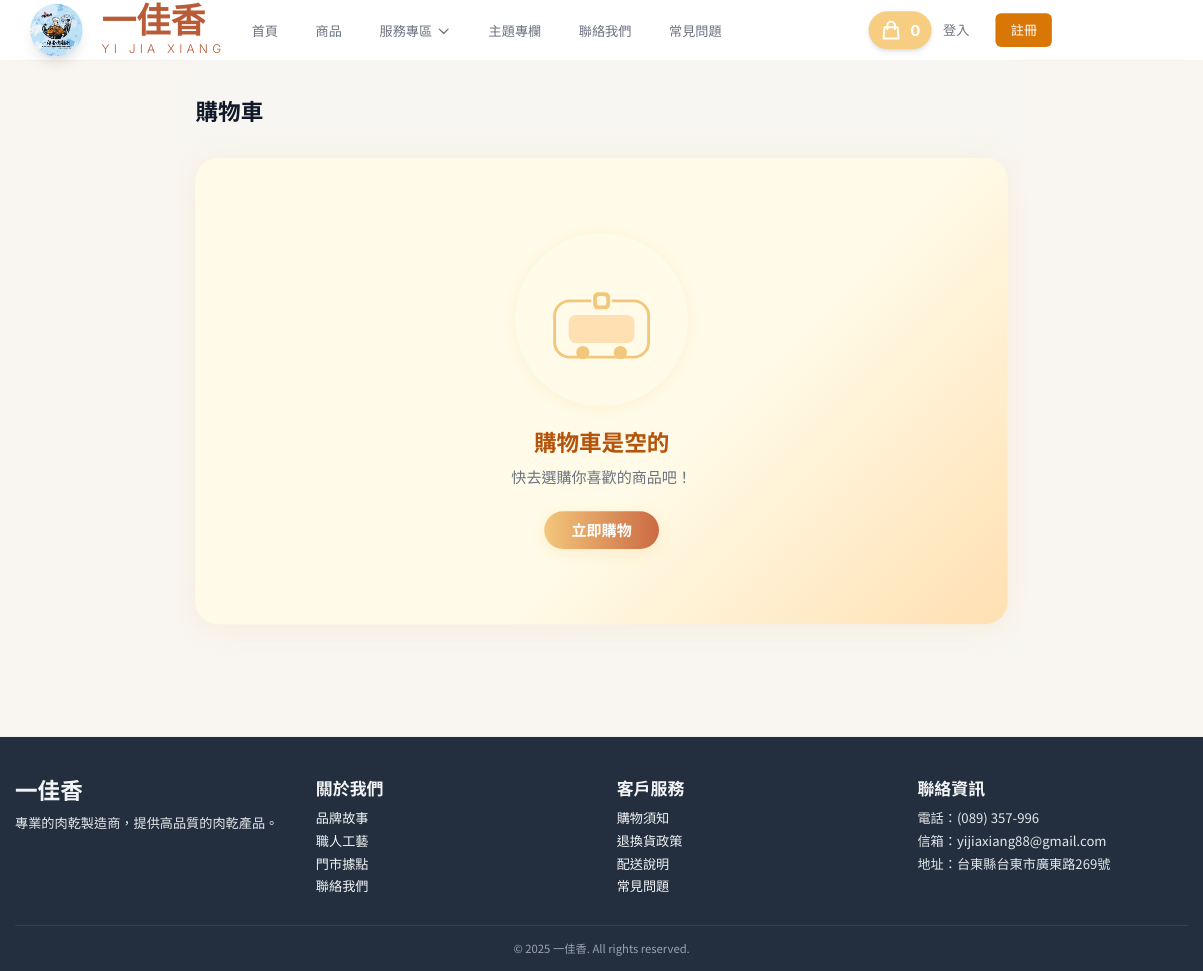
Repository: jack74387/YI-JIA-XIANG
Page: /cart (app in frontend/)
These files come from the project's save history. The page is drawn as it stood at one moment and after the next save; the edit follows.
The browser window is 1280 px wide. The pictures show the whole page, at 94% of full size.
The page's requests for data from a server got no answer. The project was rebuilt for these pictures with package versions that can differ from the ones it lists, and the page was loaded fresh each time. No one was signed in, and anything a server would have sent is missing. Also part of the build but not shown: frontend/vite.config.ts, frontend/src/components/ArticleBlock.vue, frontend/src/views/HomeView.vue, frontend/src/components/ProductImageGallery.vue, frontend/src/components/ProductInfo.vue, frontend/src/components/ProductTabs.vue, frontend/src/components/ProductAddToCartModal.vue, frontend/src/views/ProductDetailView.vue and 1 more.

Above is the page before, as saved 2025-08-14 08:14:31.

### frontend/index.html
<!DOCTYPE html>
<html lang="zh-TW">
  <head>
    <meta charset="UTF-8">
    <link rel="icon" href="/favicon.ico">
    <meta name="viewport" content="width=device-width, initial-scale=1.0">
    <title>一佳香肉脯行</title>
    <meta name="description" content="一佳香肉脯行是台東知名的肉品加工廠，提供高品質的肉品加工產品，傳承半甲子工藝技術。">
    <meta name="keywords" content="肉品,加工,一佳香,台灣肉品,肉品加工">

    <!-- Open Graph / Facebook -->
    <meta property="og:type" content="website">
    <meta property="og:url" content="https://yijiaxiang.com/">
    <meta property="og:title" content="一佳香肉脯行 - 專業肉品加工廠">
    <meta property="og:description" content="傳承半甲子工藝，提供高品質肉品加工產品">
    <meta property="og:image" content="/images/logo.jpg">

    <!-- Twitter -->
    <meta property="twitter:card" content="summary_large_image">
    <meta property="twitter:url" content="https://yijiaxiang.com/">
    <meta property="twitter:title" content="一佳香肉脯行 - 專業肉品加工廠">
    <meta property="twitter:description" content="傳承半甲子工藝，提供高品質肉品加工產品">
    <meta property="twitter:image" content="/images/logo.jpg">

    <!-- 預載入字體 -->
    <link rel="preconnect" href="https://fonts.googleapis.com">
    <link rel="preconnect" href="https://fonts.gstatic.com" crossorigin>
    <link href="https://fonts.googleapis.com/css2?family=Inter:wght@300;400;500;600;700&family=Noto+Sans+TC:wght@300;400;500;700&display=swap" rel="stylesheet">
  </head>
  <body>
    <div id="app"></div>
    <script type="module" src="/src/main.ts"></script>
  </body>
</html>

### frontend/src/main.ts
import { createApp } from 'vue'
import { createPinia } from 'pinia'
import App from './App.vue'
import router from './router'
import { useAuthStore } from './stores/auth'
import axios from 'axios'
import './style.css'

// 設定 axios 預設配置
axios.defaults.baseURL = import.meta.env.VITE_API_BASE_URL || `${window.location.protocol}//${window.location.hostname}:8000`
axios.defaults.headers.common['Content-Type'] = 'application/json'
axios.defaults.headers.common['Accept'] = 'application/json'
axios.defaults.withCredentials = false // 不使用 cookies

// 添加請求攔截器
axios.interceptors.request.use(
  (config) => {
    // 從 localStorage 獲取 token
    const token = localStorage.getItem('auth_token')
    if (token) {
      config.headers.Authorization = `Bearer ${token}`
    }
    return config
  },
  (error) => {
    return Promise.reject(error)
  }
)

// 添加回應攔截器
axios.interceptors.response.use(
  (response) => {
    return response
  },
  (error) => {
    if (error.response?.status === 401) {
      // Token 無效，清除本地儲存並跳轉到登入頁面
      localStorage.removeItem('auth_token')
      localStorage.removeItem('auth_user')
      window.location.href = '/login'
    }
    return Promise.reject(error)
  }
)

const app = createApp(App)
const pinia = createPinia()

app.use(pinia)
app.use(router)

// 初始化認證狀態
const authStore = useAuthStore()
authStore.initAuth()

app.mount('#app')

### frontend/src/App.vue
<template>
  <div>
    <Navigation v-if="!isAdmin" />
    <Sidebar v-if="!isAdmin" class="lg:hidden" />
    <div class="main-content min-h-screen bg-[#f9f6f1] transition-all duration-300 pb-20">
      <router-view />
    </div>
    <Footer v-if="!isAdmin" />
  </div>
</template>

<script setup lang="ts">
import { onMounted, computed, watch } from 'vue'
import { useRoute } from 'vue-router'
import Navigation from '@/components/Navigation.vue'
import Sidebar from '@/components/Sidebar.vue'
import Footer from '@/components/Footer.vue'
import { useAuthStore } from '@/stores/auth'

const authStore = useAuthStore()
const route = useRoute()
const isAdmin = computed(() => route.path.startsWith('/admin'))

onMounted(() => {
  // 初始化認證狀態
  authStore.initAuth()
})

watch(
  () => route.fullPath,
  () => {
    window.scrollTo(0, 0)
    document.body.scrollTop = 0
    document.documentElement.scrollTop = 0
    const app = document.getElementById('app')
    if (app) app.scrollTop = 0
    const mainLayout = document.querySelector('.main-layout')
    if (mainLayout) (mainLayout as HTMLElement).scrollTop = 0
  }
)
</script>

<style scoped>
/* 保留原有的樣式，但移除導航相關樣式 */
</style>

### frontend/src/style.css
@import url('https://fonts.googleapis.com/css2?family=Inter:wght@300;400;500;600;700&family=Noto+Sans+TC:wght@300;400;500;700&display=swap');

@tailwind base;
@tailwind components;
@tailwind utilities;

@layer base {
  html {
    font-family: 'Inter', 'Noto Sans TC', sans-serif;
  }

  body {
    @apply bg-gray-50 text-gray-900;
  }
}

@layer components {
  .btn-primary {
    @apply bg-primary-600 hover:bg-primary-700 text-white font-medium py-2 px-4 rounded-lg transition-colors duration-200;
  }

  .btn-secondary {
    @apply bg-gray-200 hover:bg-gray-300 text-gray-800 font-medium py-2 px-4 rounded-lg transition-colors duration-200;
  }

  .card {
    @apply bg-white rounded-lg shadow-md p-6;
  }

  .input-field {
    @apply w-full px-3 py-2 border border-gray-300 rounded-lg focus:outline-none focus:ring-2 focus:ring-primary-500 focus:border-transparent;
  }
}

img {
  max-width: 100%;
  height: auto;
  display: block;
}

@media (max-width: 600px) {
  .btn-primary, .btn-secondary, .card, .input-field {
    font-size: 1rem;
    padding-left: 1em;
    padding-right: 1em;
  }
  .card {
    padding: 1em;
  }
}

### frontend/src/components/Navigation.vue
<template>
  <nav class="bg-white shadow-lg">
    <div class="max-w-7xl mx-auto px-4 sm:px-6 lg:px-8">
      <div class="flex justify-between h-16">
        <div class="flex items-center">
          <router-link to="/" class="flex items-center space-x-5">
            <img src="/images/logo.jpg" alt="品牌LOGO" class="h-14 w-14 rounded-full object-cover shadow-lg" />
            <div class="flex flex-col items-start justify-center leading-tight">
              <span
                class="text-[2.3rem] font-black"
                style="font-family: 'Noto Serif TC', 'Microsoft JhengHei', '微軟正黑體', serif; color: #b85c38; line-height: 1;"
              >一佳香</span>
              <span
                class="text-[0.8rem] font-light uppercase tracking-[0.35em] mt-1"
                style="color: #b85c38; letter-spacing: 0.35em; line-height: 1;"
              >YI JIA XIANG</span>
            </div>
          </router-link>
          <div class="hidden sm:ml-6 sm:flex sm:space-x-8">
            <router-link
              to="/"
              class="border-transparent text-gray-500 hover:border-gray-300 hover:text-gray-700 inline-flex items-center px-1 pt-1 border-b-2 text-sm font-medium"
              active-class="border-amber-500 text-gray-900"
            >
              首頁
            </router-link>
            <router-link
              to="/products"
              class="border-transparent text-gray-500 hover:border-gray-300 hover:text-gray-700 inline-flex items-center px-1 pt-1 border-b-2 text-sm font-medium"
              active-class="border-amber-500 text-gray-900"
            >
              商品
            </router-link>
            <!-- 服務專區下拉選單 -->
            <div class="relative" @mouseenter="isServiceMenuOpen = true" @mouseleave="isServiceMenuOpen = false">
              <button
                class="border-transparent text-gray-500 hover:border-gray-300 hover:text-gray-700 inline-flex items-center px-1 pt-1 border-b-2 text-sm font-medium focus:outline-none"
                type="button"
              >
                服務專區
                <svg class="ml-1 w-4 h-4" fill="none" stroke="currentColor" viewBox="0 0 24 24">
                  <path stroke-linecap="round" stroke-linejoin="round" stroke-width="2" d="M19 9l-7 7-7-7" />
                </svg>
              </button>
              <div
                v-show="isServiceMenuOpen"
                class="absolute left-0 top-full mt-0 rounded-xl shadow-lg bg-white ring-1 ring-black ring-opacity-5 z-50 block px-4 py-3 min-w-[220px]"
              >
                  <router-link to="/line-friend" class="service-link block w-full text-left">LINE好友專區</router-link>
                  <router-link to="/group-order" class="service-link block w-full text-left">團購/企業訂購</router-link>
                  <router-link to="/gift" class="service-link block w-full text-left">禮盒加值服務</router-link>
                  <router-link to="/food-trace" class="service-link block w-full text-left">食品履歷查詢</router-link>
                  <router-link to="/store-locator" class="service-link block w-full text-left">門市據點</router-link>
                  <div class="h-px bg-gray-200 my-2"></div>
              </div>
            </div>
            <!-- 主題專欄 -->
            <router-link
              to="/articles"
              class="border-transparent text-gray-500 hover:border-gray-300 hover:text-gray-700 inline-flex items-center px-1 pt-1 border-b-2 text-sm font-medium"
              active-class="border-amber-500 text-gray-900"
            >
              主題專欄
            </router-link>
            <!-- 其他主選單 -->
            <router-link
              to="/contact"
              class="border-transparent text-gray-500 hover:border-gray-300 hover:text-gray-700 inline-flex items-center px-1 pt-1 border-b-2 text-sm font-medium"
              active-class="border-amber-500 text-gray-900"
            >
              聯絡我們
            </router-link>
            <router-link
              to="/faq"
              class="border-transparent text-gray-500 hover:border-gray-300 hover:text-gray-700 inline-flex items-center px-1 pt-1 border-b-2 text-sm font-medium"
              active-class="border-amber-500 text-gray-900"
            >
              常見問題
            </router-link>
          </div>
        </div>

        <div class="hidden sm:ml-6 sm:flex sm:items-center">
          <!-- 購物車 -->
          <router-link
            to="/cart"
            class="flex items-center px-3 py-1 bg-[#f7cd81] rounded-full shadow-md hover:bg-[#f5c46a] transition-colors duration-200 group"
            style="min-width:64px; min-height:40px;"
          >
            <svg class="h-6 w-6 text-white mr-2" fill="none" viewBox="0 0 24 24" stroke="currentColor">
              <path stroke-linecap="round" stroke-linejoin="round" stroke-width="2" d="M16 11V7a4 4 0 00-8 0v4M5 9h14l1 12H4L5 9z" />
            </svg>
            <span class="text-white text-base font-bold select-none">{{ cartStore.itemCount }}</span>
          </router-link>

          <!-- 用戶選單 -->
          <div v-if="authStore.isAuthenticated" class="ml-3 relative user-menu">
            <div>
              <button
                @click="toggleUserMenu"
                class="max-w-xs bg-white flex items-center text-sm rounded-full focus:outline-none focus:ring-2 focus:ring-offset-2 focus:ring-amber-500"
              >
                <div class="h-8 w-8 rounded-full bg-amber-600 flex items-center justify-center text-white font-medium">
                  {{ authStore.userInitials }}
                </div>
                <span class="ml-2 text-gray-700">{{ authStore.user?.name }}</span>
                <svg class="ml-1 h-4 w-4 text-gray-400" fill="none" viewBox="0 0 24 24" stroke="currentColor">
                  <path stroke-linecap="round" stroke-linejoin="round" stroke-width="2" d="M19 9l-7 7-7-7" />
                </svg>
              </button>
            </div>

            <!-- 下拉選單 -->
            <div
              v-show="isUserMenuOpen"
              class="origin-top-right absolute right-0 mt-2 w-48 rounded-md shadow-lg py-1 bg-white ring-1 ring-black ring-opacity-5 focus:outline-none z-50"
              @click.stop
            >
              <router-link
                to="/profile"
                class="block px-4 py-2 text-sm text-gray-700 hover:bg-gray-100"
                @click="closeUserMenu"
              >
                個人資料
              </router-link>
              <router-link
                to="/orders"
                class="block px-4 py-2 text-sm text-gray-700 hover:bg-gray-100"
                @click="closeUserMenu"
              >
                我的訂單
              </router-link>
              <router-link
                to="/points"
                class="block px-4 py-2 text-sm text-gray-700 hover:bg-gray-100"
                @click="closeUserMenu"
              >
                我的點數
              </router-link>
              <router-link
                to="/coupon"
                class="block px-4 py-2 text-sm text-gray-700 hover:bg-gray-100"
                @click="closeUserMenu"
              >
                我的優惠券
              </router-link>
              <router-link
                to="/member-center"
                class="block px-4 py-2 text-sm text-gray-700 hover:bg-gray-100"
                @click="closeUserMenu"
              >
                會員中心
              </router-link>
              <div class="border-t border-gray-100"></div>
              <button
                @click="handleLogout"
                class="flex items-center w-full text-left px-4 py-2 text-sm text-red-600 hover:bg-red-50 hover:text-red-700 transition-colors duration-200"
              >
                <svg class="w-4 h-4 mr-2" fill="none" stroke="currentColor" viewBox="0 0 24 24">
                  <path stroke-linecap="round" stroke-linejoin="round" stroke-width="2" d="M17 16l4-4m0 0l-4-4m4 4H7m6 4v1a3 3 0 01-3 3H6a3 3 0 01-3-3V7a3 3 0 013-3h4a3 3 0 013 3v1" />
                </svg>
                登出
              </button>
            </div>
          </div>

          <!-- 登入/註冊按鈕 -->
          <div v-else class="flex space-x-4">
            <router-link
              to="/login"
              class="text-gray-500 hover:text-gray-700 px-3 py-2 rounded-md text-sm font-medium"
            >
              登入
            </router-link>
            <router-link
              to="/register"
              class="bg-amber-600 hover:bg-amber-700 text-white px-4 py-2 rounded-md text-sm font-medium"
            >
              註冊
            </router-link>
          </div>
        </div>

        <!-- 手機版選單按鈕，改為觸發 Sidebar.vue -->
        <Sidebar />
      </div>
    </div>

    <!-- 登出確認對話框 -->
    <LogoutConfirmDialog
      :show="showLogoutDialog"
      @close="showLogoutDialog = false"
    />
  </nav>
</template>

<script setup lang="ts">
import { ref, onMounted, onUnmounted } from 'vue'
import { useRouter } from 'vue-router'
import { useAuthStore } from '@/stores/auth'
import { useCartStore } from '@/stores/cart'
import LogoutConfirmDialog from './LogoutConfirmDialog.vue'
// 1. 匯入 Sidebar.vue
import Sidebar from './Sidebar.vue'

const router = useRouter()
const authStore = useAuthStore()
const cartStore = useCartStore()

const isUserMenuOpen = ref(false)
const isServiceMenuOpen = ref(false)
const showLogoutDialog = ref(false)

const toggleUserMenu = () => {
  isUserMenuOpen.value = !isUserMenuOpen.value
}

const closeUserMenu = () => {
  isUserMenuOpen.value = false
}

const handleLogout = () => {
  // 顯示登出確認對話框
  showLogoutDialog.value = true
  isUserMenuOpen.value = false
}

// 處理點擊外部關閉用戶選單
const handleClickOutside = (event: Event) => {
  const userMenu = document.querySelector('.user-menu')
  if (userMenu && !userMenu.contains(event.target as Node)) {
    isUserMenuOpen.value = false
  }
}

// 在組件掛載時添加事件監聽器
onMounted(() => {
  document.addEventListener('click', handleClickOutside)
})

// 在組件卸載時移除事件監聽器
onUnmounted(() => {
  document.removeEventListener('click', handleClickOutside)
})
</script>

<style scoped>
/* 讓 logo 與品牌文字更貼近，品牌文字更像圖片 */
.service-link {
  color: #7c5a1a;
  font-size: 1rem;
  font-weight: 600;
  border-radius: 0.8em;
  padding: 0.7em 1.1em;
  text-decoration: none;
  transition: color 0.18s, text-decoration 0.18s;
  margin: 0.1em 0;
  display: block;
  letter-spacing: 0.01em;
}
.service-link:hover, .service-link.router-link-active {
  color: #b8860b;
  text-decoration: underline;
  background: none;
  box-shadow: none;
}
.divider {
  height: 1px;
  background: #f3e9d2;
  margin: 0.1em 0;
}
</style>

### frontend/src/stores/adminAuth.ts
import { defineStore } from 'pinia'
import axios from 'axios'

export const useAdminAuthStore = defineStore('adminAuth', {
  state: () => ({
    isAuthenticated: false,
    token: '',
    user: null as null | { id: number; name: string; email: string },
  }),
  actions: {
    async initAuth() {
      // 嘗試從 localStorage 讀取 admin token
      const token = localStorage.getItem('admin_token')
      if (token) {
        try {
          // 驗證 token 是否有效
          const response = await axios.get('/api/v1/auth/user', {
            headers: {
              'Authorization': `Bearer ${token}`
            }
          })

          if (response.data.success) {
            this.token = token
            this.isAuthenticated = true
            this.user = response.data.user

            // 設置 axios 默認 header
            axios.defaults.headers.common['Authorization'] = `Bearer ${token}`
          } else {
            // Token 無效，清除
            this.logout()
          }
        } catch (error) {
          console.error('Token validation failed:', error)
          // Token 無效，清除
          this.logout()
        }
      } else {
        this.isAuthenticated = false
        this.token = ''
        this.user = null
      }
    },
    setAuth(token: string, user: any) {
      this.token = token
      this.isAuthenticated = true
      this.user = user
      localStorage.setItem('admin_token', token)

      // 設置 axios 默認 header
      axios.defaults.headers.common['Authorization'] = `Bearer ${token}`
    },
    logout() {
      this.token = ''
      this.isAuthenticated = false
      this.user = null
      localStorage.removeItem('admin_token')

      // 清除 axios 默認 header
      delete axios.defaults.headers.common['Authorization']
    }
  }
})

### frontend/src/components/SidebarLink.vue
<template>
  <router-link :to="to" class="sidebar-link" active-class="active" @click.native="$emit('close')">
    <span class="icon">
      <component :is="iconComponent" class="w-6 h-6" />
    </span>
    <span class="label">{{ label }}</span>
  </router-link>
</template>

<script setup lang="ts">
import { computed } from 'vue'
import { HomeIcon, ShoppingBagIcon, SparklesIcon, ChatBubbleLeftEllipsisIcon, PhoneIcon, MapIcon, GiftIcon, UsersIcon, ChatBubbleLeftRightIcon } from '@heroicons/vue/24/outline'

const props = defineProps<{ icon: string, to: string, label: string }>()

const iconMap: Record<string, any> = {
  home: HomeIcon,
  'shopping-bag': ShoppingBagIcon,
  sparkles: SparklesIcon,
  'chat-bubble-left-ellipsis': ChatBubbleLeftEllipsisIcon,
  phone: PhoneIcon,
  map: MapIcon,
  gift: GiftIcon,
  users: UsersIcon,
  'chat-bubble-left-right': ChatBubbleLeftRightIcon,
}
const iconComponent = computed(() => iconMap[props.icon] || HomeIcon)
</script>

<style scoped>
.sidebar-link {
  display: flex;
  align-items: center;
  gap: 1rem;
  padding: 0.75rem 1.2rem;
  border-radius: 1em;
  color: #a67c00;
  font-weight: 600;
  font-size: 1.08rem;
  transition: background 0.18s, color 0.18s, box-shadow 0.18s;
  text-decoration: none;
}
.sidebar-link:hover, .sidebar-link.active {
  background: #fffbe9;
  color: #b8860b;
  box-shadow: 0 2px 8px #ffe9b2aa;
}
.icon {
  display: flex;
  align-items: center;
  justify-content: center;
}
.label {
  flex: 1;
}
</style>

### frontend/src/utils/imageUtils.ts
/**
 * 統一的圖片 URL 處理函數
 * 處理前端和後端之間的圖片路徑轉換
 */
export function getImageUrl(imagePath: string | undefined | null): string {
  console.log('=== imageUtils Debug ===')
  console.log('Input imagePath:', imagePath)
  console.log('imagePath type:', typeof imagePath)

  if (!imagePath) {
    console.log('imagePath is empty, returning empty string')
    return ''
  }

  // 獲取 API 基礎 URL，優先使用環境變數
  const apiBaseUrl = import.meta.env.VITE_API_BASE_URL || 'http://localhost:8000'
  console.log('apiBaseUrl:', apiBaseUrl)
  console.log('VITE_API_BASE_URL:', import.meta.env.VITE_API_BASE_URL)

  // 如果已經是完整的 HTTP URL，直接返回
  if (imagePath.startsWith('http')) {
    console.log('imagePath starts with http, returning as is:', imagePath)
    return imagePath
  }

  // 處理錯誤格式：/https://... (後端返回的 Cloudinary URL 前面多了一個 /)
  if (imagePath.startsWith('/http')) {
    const correctedPath = imagePath.substring(1) // 移除開頭的 /
    console.log('imagePath starts with /http, corrected to:', correctedPath)
    return correctedPath
  }

  // 處理 /storage 路徑
  if (imagePath.startsWith('/storage')) {
    const result = `${apiBaseUrl}${imagePath}`
    console.log('imagePath starts with /storage, result:', result)
    return result
  }

  // 如果是相對路徑，加上後端基礎 URL
  if (imagePath.startsWith('/')) {
    const result = `${apiBaseUrl}${imagePath}`
    console.log('imagePath starts with /, result:', result)
    return result
  }

  // 其他情況，直接返回原路徑
  console.log('returning original imagePath:', imagePath)
  return imagePath
}

/**
 * 檢查圖片是否載入成功
 */
export function checkImageLoad(url: string): Promise<boolean> {
  return new Promise((resolve) => {
    const img = new Image()
    img.onload = () => resolve(true)
    img.onerror = () => resolve(false)
    img.src = url
  })
}

/**
 * 獲取圖片尺寸
 */
export function getImageDimensions(url: string): Promise<{ width: number; height: number }> {
  return new Promise((resolve, reject) => {
    const img = new Image()
    img.onload = () => {
      resolve({ width: img.naturalWidth, height: img.naturalHeight })
    }
    img.onerror = () => {
      reject(new Error('圖片載入失敗'))
    }
    img.src = url
  })
}

Loaded but not shown: frontend/tailwind.config.js (41 lines, source omitted); frontend/src/stores/auth.ts (432 lines, source omitted); frontend/src/components/Sidebar.vue (171 lines, source omitted); frontend/src/views/CartView.vue (268 lines, source omitted); frontend/src/router/index.ts (286 lines, source omitted); frontend/src/stores/cart.ts (123 lines, source omitted); frontend/src/components/LogoutConfirmDialog.vue (90 lines, source omitted); frontend/src/components/Footer.vue (61 lines, source omitted)

After the next save:
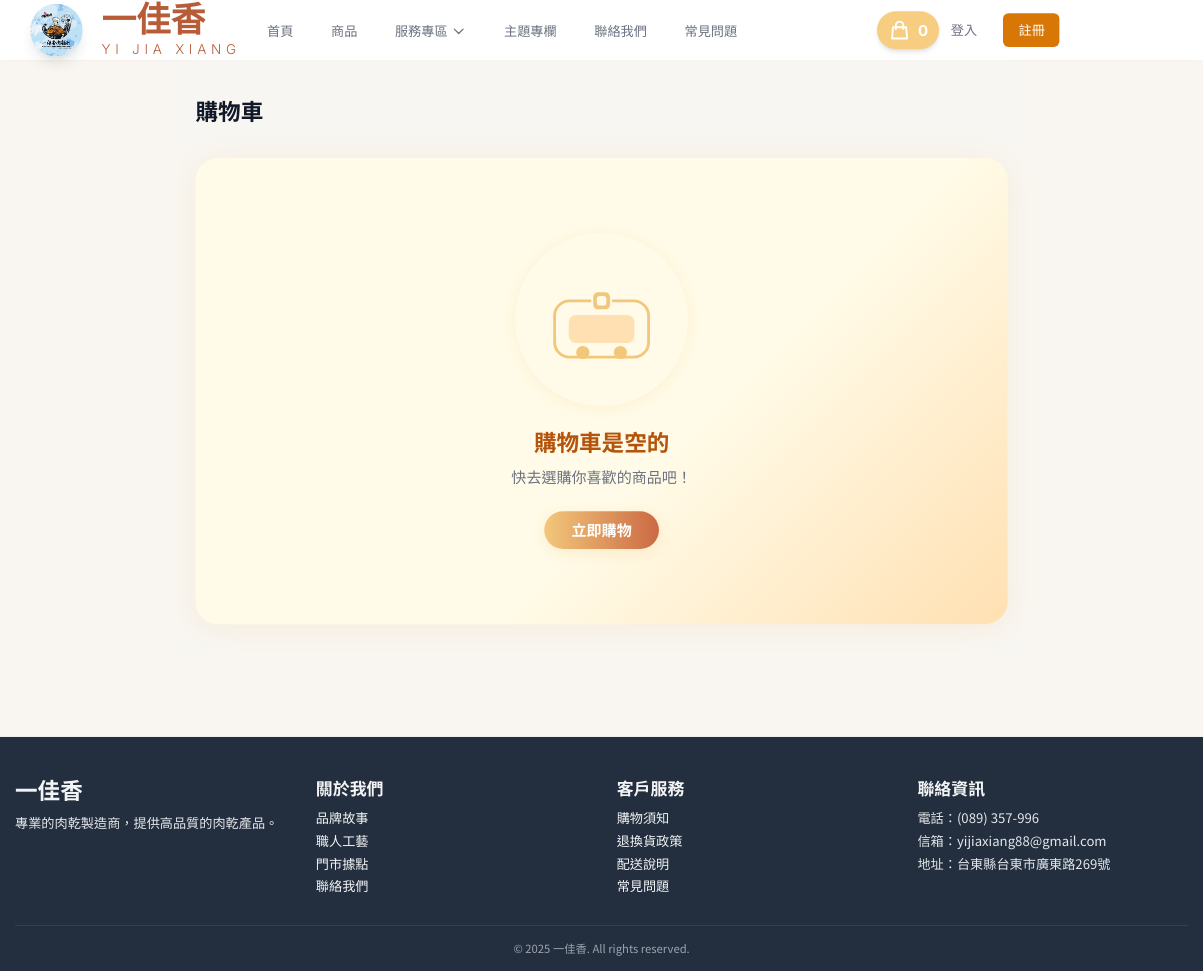
Saved 7 s later.
--- a/frontend/src/components/Navigation.vue
+++ b/frontend/src/components/Navigation.vue
@@ -11,7 +11,7 @@
                 style="font-family: 'Noto Serif TC', 'Microsoft JhengHei', '微軟正黑體', serif; color: #b85c38; line-height: 1;"
               >一佳香</span>
               <span
-                class="text-[0.8rem] font-light uppercase tracking-[0.35em] mt-1"
+                class="text-[0.9rem] font-light uppercase tracking-[0.35em] mt-1"
                 style="color: #b85c38; letter-spacing: 0.35em; line-height: 1;"
               >YI JIA XIANG</span>
             </div>
